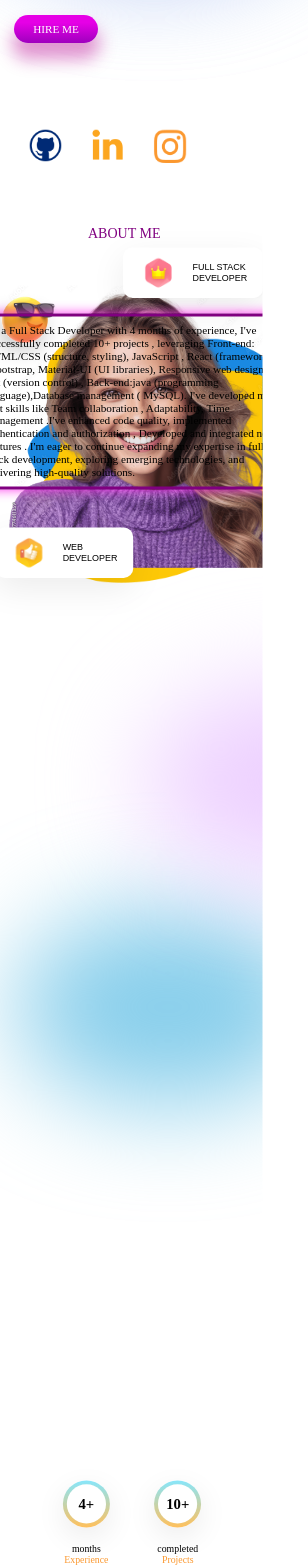
Repository: glorysandy/Protfolio
Page: /
The author's editor kept a copy of each file at every save. The page is drawn from the files as they stood at one save, then again after a run of saves.
The browser window is 375 px wide. The page is 440 px wide, so the pictures cover 440 px, including what lies to the right of the window. The pictures show the part of the page from y = 511 to 2751 px (the page is 7883 px tall), at 70% of full size.
Some web fonts or font styles are not loaded; a fallback is used. The project was rebuilt for these pictures with package versions that can differ from the ones it lists, and the page was loaded fresh each time. Imported but missing from the stored project, and not drawn on this page: src/components/Services/SANDHIYA.P (RESUME).pdf.

Above is the page before, as saved 2024-10-17 16:05:06.

### public/index.html
<!DOCTYPE html>
<html lang="en">
  <head>
    <meta charset="utf-8" />
    <link rel="icon" href="%PUBLIC_URL%/favicon.ico" />
    <meta name="viewport" content="width=device-width, initial-scale=1" />
    <meta name="theme-color" content="#000000" />
    <meta
      name="description"
      content="Web site created using create-react-app"
    />
    <style>
      @font-face{
        font-family: Gumela;
        src:url('../src/fonts/*');
      }
      *{
        font-family: 'Gumela';
        font-weight:normal ;
        font-size: 20px;

      }
      body{
        margin: 0;
      }
    </style>
    <link rel="apple-touch-icon" href="%PUBLIC_URL%/logo192.png" />
    <!--
      manifest.json provides metadata used when your web app is installed on a
      user's mobile device or desktop. See https://developers.google.com/web/fundamentals/web-app-manifest/
    -->
    <link rel="manifest" href="%PUBLIC_URL%/manifest.json" />
    <!--
      Notice the use of %PUBLIC_URL% in the tags above.
      It will be replaced with the URL of the `public` folder during the build.
      Only files inside the `public` folder can be referenced from the HTML.

      Unlike "/favicon.ico" or "favicon.ico", "%PUBLIC_URL%/favicon.ico" will
      work correctly both with client-side routing and a non-root public URL.
      Learn how to configure a non-root public URL by running `npm run build`.
    -->
    <title>React App</title>
  </head>
  <body>
    <noscript>You need to enable JavaScript to run this app.</noscript>
    <div id="root"></div>
    <!--
      This HTML file is a template.
      If you open it directly in the browser, you will see an empty page.

      You can add webfonts, meta tags, or analytics to this file.
      The build step will place the bundled scripts into the <body> tag.

      To begin the development, run `npm start` or `yarn start`.
      To create a production bundle, use `npm run build` or `yarn build`.
    -->
  </body>
</html>

### src/components/Navbar/Navbar.jsx
import React from "react";
import Toggle from "../Toggle/Toggle";
import "./Navbar.css";
import { Link } from "react-scroll";
const navbar = () => {
  return (
    <div className="n-wrapper" id="Navbar">
      {/* left */}
      <div className="n-left">
        <div className="n-name">MODE</div>
        <Toggle />
      </div>
      {/* right */}
      <div className="n-right">
        <div className="n-list">
          <ul style={{ listStyleType: "none" }}>
            <li>
              <Link activeClass="active" to="Navbar" spy={true} smooth={true}>
                HOME
              </Link>
            </li>
            <li>
              <Link to="testimonial" spy={true} smooth={true}>
                ABOUT
              </Link>
            </li>
            <li>
              <Link to="works" spy={true} smooth={true}>
                SKILLS
              </Link>
            </li>
            <li>
              <Link to="portfolio" spy={true} smooth={true}>
                PROJECTS
              </Link>
            </li>
            <li>
              <Link to=" services" spy={true} smooth={true}>
                RESUME
              </Link>
            </li>
          </ul>
        </div>
        <Link to="contact" spy={true} smooth={true}>
        <button className="button n-button">CONTACT</button>
        </Link>
      </div>
    </div>
  );
};

export default navbar;

### src/components/Testimonials/Testimonial.jsx
import React from "react";
import "./Testimonial.css";
import back from  "../../img/Hand coding-rafiki.png";
import { width } from "@fortawesome/free-brands-svg-icons/fa42Group";
const Testimonial = () => {

  return (
    <div className="t-wrapper" id="testimonial">
      <div className="t-heading" style={{marginLeft:"95vh" ,marginTop:"35vh"}}>
        <span>ABOUT </span>
        <span>ME </span>
      <div className="blur t-blur1" style={{ background: "var(--purple)" }}></div>
      <div className="blur t-blur2" style={{ background: "skyblue" }}></div>
      <div className="blur t-blur3" style={{ background: "voilet" }}></div>
       <div className="t-back"  >
       <img
          src={back}
          alt=""
        />
</div> <div className="t-sen" style={{fontSize:"1.6rem",fontWeight: "7rem",  position: "absolute", marginTop: "-100vh" ,marginLeft: "-48px",marginRight: "18px"
}}> <span>As a Full Stack Developer with 4 months of experience, I've   successfully completed 10+ projects , leveraging Front-end:  HTML/CSS (structure, styling), JavaScript , React (frameworks) ,Bootstrap, Material-UI (UI libraries), Responsive web design, Git (version control)
, Back-end:java (programming language),Database management ( MySQL). I've developed my soft skills like Team collaboration , Adaptability, Time management .I've enhanced code quality, implemented authentication   and authorization
,  Developed and integrated new features
. I'm eager to continue expanding my expertise in full-stack development, exploring emerging technologies, and delivering high-quality solutions.</span></div> </div>

<div className="head"> <span> ABOUT ME</span></div>

    <div className="dup">
    <span>As a Full Stack Developer with 4 months of experience, I've   successfully completed 10+ projects , leveraging Front-end:  HTML/CSS (structure, styling), JavaScript , React (frameworks) ,Bootstrap, Material-UI (UI libraries), Responsive web design, Git (version control)
, Back-end:java (programming language),Database management ( MySQL). I've developed my soft skills like Team collaboration , Adaptability, Time management .I've enhanced code quality, implemented authentication   and authorization
,  Developed and integrated new features
. I'm eager to continue expanding my expertise in full-stack development, exploring emerging technologies, and delivering high-quality solutions.</span>


      </div>

       </div>

  );
};

export default Testimonial;

### src/components/Experience/Experience.jsx
import React, { useContext } from "react";
import { themeContext } from "../../Context";
import "./Experience.css";
const Experience = () => {
  const theme = useContext(themeContext);
  const darkMode = theme.state.darkMode;

  return (
    <div className="experience" id='experience'>
      <div className="achievement">
        {/* darkMode */}
        <div className="circle" style={{color: darkMode?'var(--orange)':''}}>4+</div>
        <span  style={{color: darkMode?'white':''}}>months </span>
        <span>Experience</span>
      </div>
      <div className="achievement">
        <div className="circle" style={{color: darkMode?'var(--orange)':''}}>10+</div>
        <span  style={{color: darkMode?'white':''}}>completed </span>
        <span>Projects</span>
      </div>
    </div>
  );
};

export default Experience;

### src/components/Portfolio/Portfolio.jsx
import React, { useContext } from "react";
import "./Portfolio.css";
import { Swiper, SwiperSlide } from "swiper/react"
import "swiper/css";
import pro from "../../img/pro 1 copy.jpg";
import pro2 from "../../img/pro2.jpg";
import HOC from "../../img/hoc.png";
import pro3 from "../../img/pro3.jpg";
import { themeContext } from "../../Context";

const Portfolio = () => {
  const theme = useContext(themeContext);
  const config ={
    social:{
      pro1:'https://project-1-nerolac.vercel.app/',
      pro2:'https://rock-paper-scissors-phi-puce.vercel.app/',
      pro3:'https://sliding-puzzle-jade.vercel.app/',
    }
}

  const darkMode = theme.state.darkMode;
  return (
    <div className="portfolio" id="portfolio">
            <div className="blur t-blur2" style={{ background: "skyblue" }}></div>
      <div className="blur t-blur2" style={{ background: "voilet" }}></div>

      {/* heading */}
      <span style={{color: darkMode?'white': ''}}>Recent Projects</span>
      <span>Portfolio</span>



      {/* slider */}
      <Swiper
        spaceBetween={30}
        slidesPerView={3}
        grabCursor={true}
        className="portfolio-slider"
      ><div className="silde">


        <SwiperSlide>
          <div >
       <a href={config.social.pro1}  ><img src={pro} alt="" /></a>
          </div>
        </SwiperSlide>
        <SwiperSlide>
          <div>
          <a href={config.social.pro2}  ><img src={pro2} alt="" /></a>
          </div>
        </SwiperSlide>
        <SwiperSlide>
        <div>
        <a href={config.social.pro3}  ><img src={pro3} alt="" /></a>
        </div>
        </SwiperSlide>
        <SwiperSlide>
          <div>

          </div>
          <img src={HOC} alt="" />
        </SwiperSlide></div>
      </Swiper>

    </div>
  );
};

export default Portfolio;

### src/components/Contact/Contact.jsx
import React, { useContext, useRef, useState } from "react";
import "./Contact.css";
import emailjs from '@emailjs/browser';
import { themeContext } from "../../Context";

const Contact = () => {
  const theme = useContext(themeContext);
  const darkMode = theme.state.darkMode;
  const form = useRef();
  const [done, setDone] = useState(false)
  const sendEmail = (e) => {
    e.preventDefault();

    emailjs
      .sendForm(
        "service_y60teja",
        "template_4kj4n7i",
        form.current,
        "ORKOyUiaYznGkr2zZ"
      )
      .then(
        (result) => {
          console.log(result.text);
          setDone(true);


        },
        (error) => {
          console.log(error.text);
        }
      );
  };

  return (
    <div className="contact-form" id="contact">
      {/* left side copy and paste from work section */}

      <div className="w-left">
        <div className="awesome">
          {/* darkMode */}
          <span style={{color: darkMode?'white': ''}}>Get in Touch</span>
          <span style={{color:"purple"}}>Contact me</span>
          <div
            className="blur s-blur1"
            style={{ background: "#ABF1FF94" }}
          ></div>
        </div>
      </div>
      {/* right side form */}
      <div className="c-right">
      <form ref={form}  onSubmit={sendEmail}>
          <input type="text" name="user_name" className="user"  placeholder="NAME"/>
          <input type="email" name="user_email" className="user" placeholder="EMAIL"/>
          <textarea name="message" className="user" placeholder="MESSAGE"/>
          <input  type="submit" value="Send" className="button"/>
          <span  className="c-t">{done && "Thanks for Contacting me"}</span>  </form>
          <div
            className="blur c-blur1"
            style={{ background: "var(--purple)" }}
          ></div>


      </div>
      </div>

  );
};

export default Contact;

### src/components/Footer/Footer.jsx
import React from "react";
import "./Footer.css";
import Git from "../../img/git3.png";
import ins from "../../img/mylink.png";
import end from "../../img/end.png";
import wave2 from "../../img/AdobeStock_559187959 copy.png";
import { width } from "@fortawesome/free-brands-svg-icons/fa42Group";
const Footer = () => {

  const config ={
    social:{
      Github:'https://github.com/glorysandy',
      LinkedIn:'https://www.linkedin.com/in/sandhiya-parasuraman-822719298/',

    }
}


  return (
    <div className="footer">
     <img src={wave2} alt="" style={{ width: "100%", height: "80%",  marginTop:"-2vh"}} />

     <div className="blur t-blur1" style={{ background: "var(--purple)" }}></div>
      <div className="blur t-blur2" style={{ background: "var(--purple)" }}></div>
      <div className="f-content"  >
        <div>        <span > EMAIL ID: samuve0842@gmail.com</span> <br></br> <br></br> <br></br>
        <span>PHONE NO: 9043545860</span>
        </div>
        <div className="f-back"  >
       <img
          src={end}
          alt=""
        />
        </div>

        <div className="f-icons" >

          <a href={config.social.LinkedIn} ><img src={ins} alt="" /></a>
          <a href={config.social.Github}><img src={Git} alt=""/></a>
        </div>

      </div>
      </div>
  );
};

export default Footer;

### src/components/Toggle/Toggle.jsx
import React, { useContext } from "react";
import "./Toggle.css";
import Moon from "@iconscout/react-unicons/icons/uil-moon";
import Sun from "@iconscout/react-unicons/icons/uil-sun";
import { themeContext } from "../../Context";

const Toggle = () => {
  const theme = useContext(themeContext);
  const darkMode = theme.state.darkMode;
  const handleClick = () => {
    // debugger
    theme.dispatch({ type: "toggle" });
  };
  return (
    <div className="toggle" onClick={handleClick}>
      <Moon />
      <Sun />
      {/*                              toggle.css mein left ki property aik assign hy ussy delete
                                          krna hy pehly */}
      <div
        className="t-button"
        style={darkMode ? { left: "2px" } : { right: "2px" }}
      ></div>
    </div>
  );
};

export default Toggle;

### src/components/Navbar/Navbar.css
.n-wrapper {
  height: 10vh;
  display: flex;
  justify-content: space-between;
  margin-bottom: 2rem;
  top: 0;
}
.n-left {
  flex: 1;
  align-items: center;
  justify-content: left;
  display: flex;
  gap: 2rem;

}
.n-name {
  font-size: 1.3rem;
  font-weight: bold;
}
.n-right {
  flex: 1;
  display: flex;
  align-items: center;
  justify-content: flex-end;
  font-weight: 400;

}
.n-right :hover{
  color: rgb(165, 0, 137);


}
.n-list {
  flex: 10;
}
.n-list > ul {
  display: flex;
  gap: 2rem;
  margin-right: 4rem;
}

.n-list > ul :hover {
  color: var(--orange);
  cursor: pointer;


}

.n-button {
  flex: 2;

}

@media screen and (max-width: 480px) {
  .n-list {
    display: none;
  }
}

### src/components/Intro/Intro.css
.Intro {
  display: flex;
  height: 77vh;
  margin-top: 6rem;
}

/* left side styling */
.i-left {
  display: flex;
  position: relative;
  flex: 1;
  flex-direction: column;
  gap: 2rem;
}
.i-name {
  display: flex;
  flex-direction: column;
  gap: 0.25rem;
}
.i-name > :nth-child(1) {
  color: rgb(243, 188, 6);
  font-weight: bold;
  font-size: 3rem;
}
.i-name > :nth-child(2) {
  color: rgb(136, 7, 136);

  font-weight: bold;
  font-size: 2.9rem;
}
.i-name > :nth-child(3) {
  font-weight: 100;
  font-size: 17px;
  color: var(--gray);
  margin-top: 10px;
}
.i-button {
  width: 6rem;
  height: 2rem;

}
.i-button:hover{
  color: rgb(121, 1, 101);
  background-color: rgb(226, 80, 255);
  box-shadow: 0 0 20px rgb(255, 53, 238);

}
.i-icons {
  margin-top: 3rem;
  display: flex;
  gap: 0rem;
}
.i-icons > * {
  transform: scale(0.5);
}
.i-icons > *:hover {
  cursor: pointer;
  color: rgb(121, 1, 101);
  background-color: rgb(226, 80, 255);
  box-shadow: 0 0 20px rgb(255, 53, 238);


}
/* right side styling */
.i-right {
  flex: 1;
  position: relative;
}
.i-right > * {
  position: absolute;
  z-index: 1;
}
.i-right > :nth-child(1) {
  transform: scale(0.69);
  left: -15%;
  top: -9%;
}
.i-right > :nth-child(2) {
  top: -4.6rem;
  transform: scale(0.67);
  left: -3rem;
}
.i-right > :nth-child(3) {
  transform: scale(1.4);
  width: 18rem;
  height: 18rem;
  left: 28%;
}
.i-right > :nth-child(4) {
  transform: scale(0.62);
  top: -19%;
  left: -24%;
  border-radius: 50%;
  padding: 0;
}

/* blur */
.blur {
  position: absolute;
  width: 22rem;
  height: 14rem;
  border-radius: 50%;
  background: #edd0ff;
  filter: blur(212px);
  z-index: -9;
  top: -18%;
  left: 56%;
  filter: blur(72px);
}

@media screen and (max-width: 480px) {
  .Intro {
    flex-direction: column;
    gap: 7rem;
    height: 64rem;
  }

  .i-right {
    transform: scale(0.8);
    left: -3rem;
  }
  .i-right .blur {
    display: none;
  }
  .floating-div:nth-of-type(1){
    /* display: none; */
    top: -7rem !important;;
  }
}

### src/components/Testimonials/Testimonial.css
.t-wrapper{
    padding:  0 3rem 0 3rem;;
    height: 100vh;
    display: flex;
    align-items: center;
    justify-content: center;
    margin-top: 7rem;
    flex-direction: column;
    gap: 2rem;
    position: relative;


}
.t-heading{
    align-self: start;

}
.t-heading>*{
    font-size: 2rem;
    font-weight: bold;

}
.t-heading span:nth-of-type(2){
    color: rgba(170, 0, 170, 0.733);
}
.head{
    margin-left: -90vh;
    margin-top: -1rem;
    font-size: 20vh;
    color: purple;
    font-weight: bold;
    display: none;
}
.t-blur1{
    left: 38rem;
    top: 16rem;
}
.t-blur2{
    top: 9rem;
    left: 0;
}
.t-back{
    display: flex;
    position: relative;
    width: 35rem;
    height:35rem;
    left:-115vh;
    top:-3rem;
}
.t-sen{
font-size:1.6rem;
}
.t-sen:hover{
cursor: pointer;
color: rgb(121, 1, 101);
box-shadow: 0 0 20px rgb(255, 53, 238);
padding: 0.7rem;
border-radius: 5px;
}
.dup{
    display: none;

}
.dup{
    cursor: pointer;
    color: rgb(121, 1, 101);
    box-shadow: 0 0 20px rgb(255, 53, 238);
    padding: 0.7rem;
    border-radius: 5px;

}
@media screen and (max-width: 480px) {

    .t-back{
        flex-direction: column;
        transform: scale(0.6);
        margin-left:  -115px;
        gap:5rem;
        height: 64rem;
        margin-top: -70vh;
        position: relative;
        display: none;
    }
    .head{
        margin-top: -300vh;
        display: flex;
        margin-left: -20px;
    font-size: 20rem;
    font-weight: bolder;
    }
    .dup  {

        display: flex;
        margin-top: 4vh;
        transform: scale(0.8);
        border: 5px solid purple;
        color: black;
        width: 65vh;
        justify-content: start;
    }
    .c-t{
        transform: scale(0.7);
        margin-top: -2rem;
    }
}

### src/components/Experience/Experience.css
.experience {
  display: flex;
  align-items: center;
  justify-content: center;
  gap: 5rem;
  height: 30vh;
  margin-bottom: 8rem;
  /* darkmode */
  color: var(--black);
  margin-top: 15vh;
}
.achievement{
    display: flex;
    flex-direction: column;
    align-items: center;
}
.circle {

    width: 4rem;
    height: 4rem;
    background: white;
    border-radius: 100%;
    position: relative;
    display: flex;
    align-items: center;
    justify-content: center;
    font-size: 1.5rem;
    font-weight: bold;
    margin-bottom: 2rem;
}
.circle::before {
    border-radius: 100%;
    content: '';
    background-image: linear-gradient(to bottom, #87e6fb 0%, #ffc05c 100%);
    top: -8px;
    left: -8px;
    bottom: -8px;
    right: -8px;
    position: absolute;
    z-index:-1;
    box-shadow: var(--boxShadow);
}

.achievement span:nth-of-type(2){
    color: var(--orange);
}


@media screen and (max-width: 480px) {
    .experience{
        transform: scale(0.7);
        margin-top: 7rem;
    }
}

### src/components/Works/Works.css
.works {
  padding: 0 3rem 0 3rem;
  display: flex;
  height: 90vh;
  margin-top: -3rem;

  /* scroll */
  align-items: center;
}
/* left side */
.awesome {
  display: flex;
  flex-direction: column;
  position: relative;
}
.tex:hover{
cursor: pointer;
color: rgb(121, 1, 101);
box-shadow: 0 0 20px rgba(255, 147, 246, 0.89);
background-color: rgba(204, 0, 245, 0.068);
padding: 2.2rem;
}
.k-button {

  width: 8rem;
  height: 2rem;
  top: 4rem;
}

/* right side */
.w-right {
  position: relative;
}

.w-mainCircle {
  left: 9rem;
  position: relative;
  width: 18rem;
  height: 18rem;
  border-radius: 100%;
  box-shadow: var(--smboxShadow);
  top: 2rem;
  background: white;
  /* darkMode */
  z-index: 2;
}
.w-mainCircle > * {
  position: absolute;
}
.w-mainCircle > :nth-child(1) {
  top: -3rem;
  left: 6rem;
}
.w-mainCircle > :nth-child(2) {
  left: -3rem;
  top: 5rem;
}
.w-mainCircle > :nth-child(3) {
  left: 6rem;
  top: 5rem;
}
.w-mainCircle > :nth-child(4) {
  left: 15rem;
  top: 5rem;
}
.w-mainCircle > :nth-child(5) {
  left: 6rem;
  top: 13rem;
}
.w-secCircle {
  width: 6.5rem;
  height: 6.5rem;
  position: absolute;
  border-radius: 100%;
  border: 5px solid #ebebeb;
  display: flex;
  align-items: center;
  justify-content: center;
  background: "none";
  box-shadow: var(--smboxShadow);
  background: white;
}

.w-secCircle > img {
  transform: scale(0.6);
}

.w-backCircle {
  position: absolute;
  height: 13rem;
  width: 13rem;
  border-radius: 100%;
  /* darkMode */
  z-index: 1;
}
.blueCircle {
  background: #1949b8;
  left: 18rem;
  top: 0rem;
}
.yellowCircle {
  background: #f5c32c;
  left: 18rem;
  top: 8rem;
}

@media screen and (max-width: 480px) {
  .works {
    flex-direction: column;
  height: 220vh;
    padding: 1rem;
    gap: 5rem;
    position: relative
    ;
    margin-top: -6rem;
  }
  .awesome > :nth-child(2){
    position: relative;
    transform: scale(0.9);

    margin-left: -20px;
  }
 .awesome > :nth-child(3){

  transform: scale(1.0);
font-size: 0.5rem;
display: contents;
margin-left: 5rem;

}
.k-button{
  gap: 1rem;
  margin-top: 2vh;
  margin-left: 1rem;
}
  .w-right {
    display: flex;
    align-items: flex-start;
    justify-content:start;
    transform: scale(0.7);

  }
  .w-mainCircle{
    position: static;
  }
  .w-backCircle{
    left: 8rem!important;
  }

}

### src/components/Portfolio/Portfolio.css
.portfolio {
  display: flex;
  align-items: center;
  justify-content: center;
  flex-direction: column;
  height: 70vh;
margin-top: 3rem;;
}
/* heading */
.portfolio span:nth-of-type(1) {
  color: var(--black);
  font-size: 2rem;
  font-weight: bold;
}

.portfolio span:nth-of-type(2) {
  color: purple;
  font-size: 2.5rem;
  font-weight: bold;
}

/* slider */
.portfolio .swiper{
    overflow: visible!important;
}

.portfolio-slider {
  margin-top: 6rem;
  width: 100%;
}

.portfolio-slider .swiper-slide {
  width: 20rem;
}
.portfolio img {
  width: 19rem;
  filter: drop-shadow(-12px 15px 13px rgba(0, 0, 0, 0.25));
  border-radius: 19px;
}
.slide{
  cursor: pointer;
  background-color: rgb(1, 12, 22);
}
.s-blur2 {
  left: 14rem;
  top: 8rem;
}

.s-blur1 {
  top: 13rem;
  left: -18rem;
}

### src/components/Services/Services.css
.services {
  padding: 0 3rem 0 3rem;
  display: flex;
  height: 30rem;
  margin-bottom: 8rem;
  margin-top: 5rem;
  margin-bottom: 13rem;
  /* scroll view */
  padding-top: 3rem;
}
/* left side */
.awesome {
  display: flex;
  flex-direction: column;
  position: relative;
  /* gap: 20px; */
}

.awesome > :nth-child(1) {
  color: var(--black);
  font-size: 2.5rem;
  font-weight: bold;
}
.awesome > :nth-child(2) {
  color: purple;
  font-size: 2.5rem;
  font-weight: bold;
}
.awesome > :nth-child(3) {
  color: var(--gray);
  font-size: 14px;
  margin-top: 1rem;
}
.s-back{
  display: flex;
  position: relative;
  height: 80vh;
  width: 80vh;
  margin-left: -130px;
  margin-top: -3rem;
}

.s-button {
  width: 10rem;
  height: 2.4rem;
  margin-top: -0.3rem;
font-weight: 600;
}
/* right sided */
.cards {
  position: relative;
  left: 32vh;
}
.cards > * {
  position: absolute;
}

/* blur */
.s-blur2 {
  left: 14rem;
  top: 8rem;
}

.s-blur1 {
  top: 13rem;
  left: -18rem;
}

@media screen and (max-width: 480px) {
  .services {
    margin-top: 4rem;
    flex-direction: column;
    gap: 5rem;
    height: 66rem;
    padding: 2px;
  }
.s-back{
  transform: scale(0.8);
  padding: 1rem;
}
  .cards {
    display: flex;
    flex-direction: column;
    gap: 17rem;
  }
  .cards > * {
    position: static;
  }
  .s-button{
    justify-content: center;
    margin-left: 4rem;
  }
}

### src/components/Contact/Contact.css
.contact-form{
    padding: 0 3rem 0 3rem;
    display: flex;
    height: 80vh;
    margin-top: 1rem;
      /* scroll */
  padding-top: 3rem;
}


.c-right{
    display: flex;
    justify-content: center;
    position: relative;
    flex: 1;
}

.c-right>form
{
    display: flex;
    flex-direction: column;
    gap: 2rem;
    align-items: center;

}

.c-right .user{
    width: 20rem;
    height: 2rem;
    padding: 0.3em;
    outline: none;
    border: 4px solid purple;
    border-radius: 8px;
    font-size: 16px;

}

.user:hover{
    border: 4px solid purple ;
    background-color: rgb(245, 194, 255);
    box-shadow: 0 0 20px rgb(255, 170, 248);
cursor: pointer;
}
textarea{
    height: 4rem!important;
}

.c-blur1{
    top: 1rem;
    left: 8rem;
}

@media screen and (max-width: 480px) {
    .contact-form{
        padding: 1rem;
        flex-direction: column;
        gap: 5rem;
        height: 40rem;
        margin-top: 20rem;
    }
    .c-right .user{
        width: 16rem;

    }

}   .c-right .button{
    position: static;
}

### src/components/Footer/Footer.css
.footer {
  display: flex;
  align-items: center;
  margin: -0.5rem -3.5rem;
  position: relative;
  margin-top: -7rem;

}

.f-content {
  position: absolute;
  display: flex;
  align-items: center;
  justify-content: center;
  flex-direction: column;
  width: 100%;
  margin-top: 2rem;
  gap: 4rem;
  color: rgb(143, 0, 143);
  font-weight: 700;
  font-size: 10rem;
}
.f-ip{
  display: flex;
  position: relative;
  width: 5rem;
  height:5rem;

}
.f-icons {
  display: flex;
  gap: 2rem;
  margin-top: -3rem;
  margin-left: -60px;
}
.f-icons:hover{
color:rgb(254, 255, 176);
cursor: pointer;
}
.f-back{
  position: absolute;
  margin-left: -120vh;
  margin-top: -6rem;
}
@media screen and (max-width: 480px){
  .footer{
    margin-top: -8rem;
  }
  .f-content{
    transform: scale(.5);
    margin-left: 20px;
    margin-top: -0.5rem;


  }
  .f-back{
    transform: scale(0.65);
   margin-left: -570px;
  }
}

### src/components/Toggle/Toggle.css
.toggle{
    display: flex;
    justify-content:space-between;
    border: 3px solid var(--purple);
    border-radius: 1rem;
    position: relative;
    padding: 2px;
    cursor: pointer;

}
.toggle>*{
    width: 1rem;
    height: 1rem;
    color: purple;
}
.t-button{
    border-radius: 100%;
    background: var(--purple );
    position: absolute;
}
.t-button:hover{
    background: linear-gradient(180deg, #e600e6 26.71%, #9f00be 99.36%);
    box-shadow: 0px 20px 24px 3px rgba(184, 0, 144, 0.42);

}

### src/components/Card/Card.css
.card {
  width: 10rem;
  height: 13rem;
  position: absolute;
  display: flex;
  flex-direction: column;
  gap: 1rem;
  align-items: center;
  width: 10rem;
  text-align: center;
  background: rgba(255, 255, 255, 0.26);
  border: 8px solid rgba(150, 0, 150, 0.815);
  box-shadow: var(--boxShadow);
  border-radius: 20px;
  padding: 0px 26px 2rem 26px;
}
.card span:nth-of-type(2) {
  color: var(--gray);
  font-size: 16px;
}
.card > img {
  transform: scale(0.6);
  margin-bottom: -2rem;
}
.c-button {
    background: #FFFFFF;
    box-shadow: 0px 19px 60px rgba(0, 0, 0, 0.08);
    border-radius: 7px;
    border: none;
    padding: 10px;
    font-size: 16px;
    color: #5290FD;
}

.c-button:hover{
    transform: scale(1.1);
    cursor: pointer;
}
/* cards */




@media screen and (max-width: 480px){
  .card{
    width: 240px;
    margin-left: -140px;
    justify-content: center;
    padding: 1 rem;
  }
}

Loaded but not shown: src/index.js (common file); src/App.js (common file); src/Context.js (common file); src/App.css (common file); src/components/FloatingDiv/FloatingDiv.jsx (common file); src/components/Card/Card.jsx (common file); src/components/FloatingDiv/FloatingDiv.css (common file); src/components/Intro/Intro.jsx (109 lines, source omitted); src/components/Works/Works.jsx (95 lines, source omitted); src/components/Services/Services.jsx (95 lines, source omitted)

After the next 4 saves:
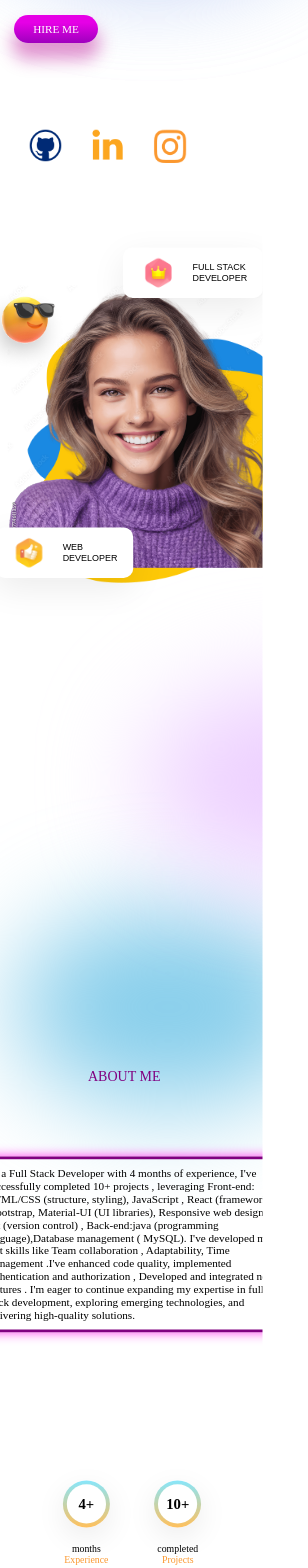
The 4 saves are shown as one change because they came seconds apart.
The last was saved 55 s later.
--- a/src/components/Testimonials/Testimonial.css
+++ b/src/components/Testimonials/Testimonial.css
@@ -82,7 +82,7 @@ border-radius: 5px;
         display: none;
     }
     .head{
-        margin-top: -300vh;
+        margin-top: 1vh;
         display: flex;
         margin-left: -20px;
     font-size: 20rem;
